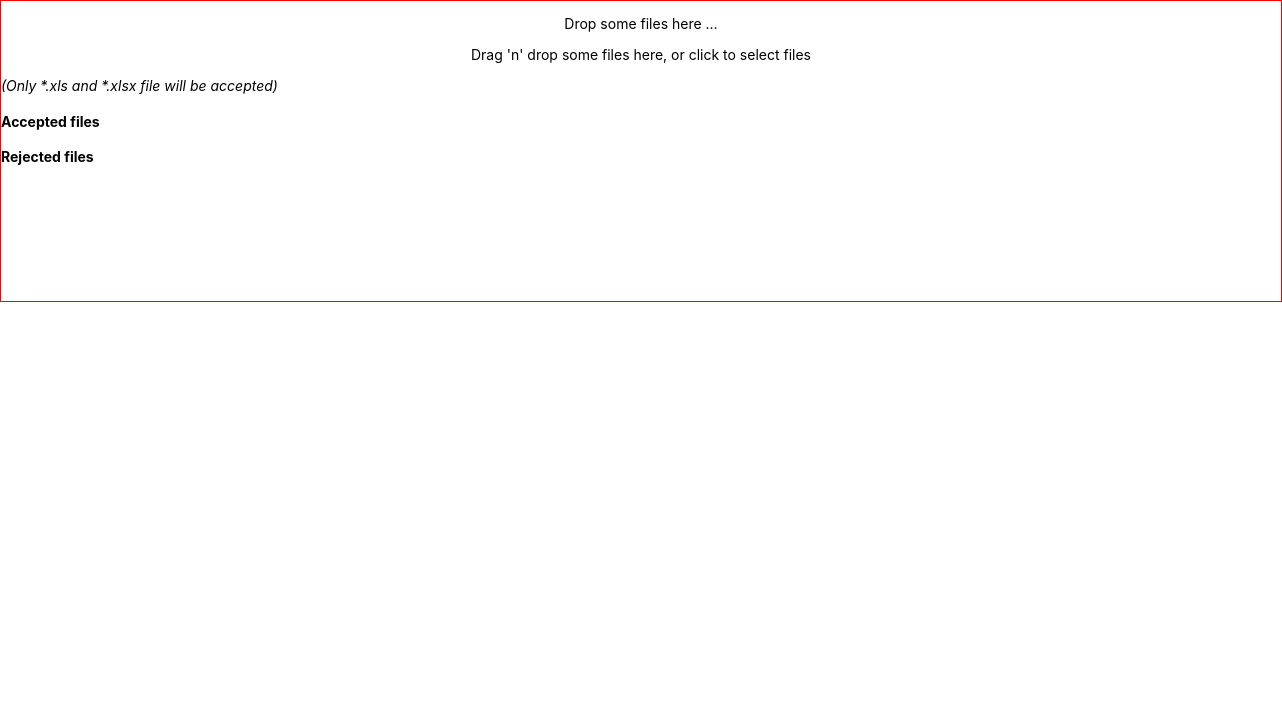
Repository: enigmawxy/abi2020
Page: /
An editor plug-in stored every save of this project. The page is shown before and after the next save, followed by the edit.
The browser window is 1280 px wide. The page is 1282 px wide, so the pictures cover 1282 px, including what lies to the right of the window. The pictures show the whole page.
The page's requests for data from a server got no answer. The project was rebuilt for these pictures with package versions that can differ from the ones it lists, and the page was loaded fresh each time. No one was signed in, and anything a server would have sent is missing. Also part of the build but not shown: src/components/login/login.scss, src/components/login/login.jsx, src/common/header.scss, src/common/header.jsx, src/common/footer.scss, src/common/footer.jsx, src/components/register/content.scss, src/components/register/content.jsx and 3 more.

Above is the page before, as saved 2020-08-19 10:34:23.

After the next save:
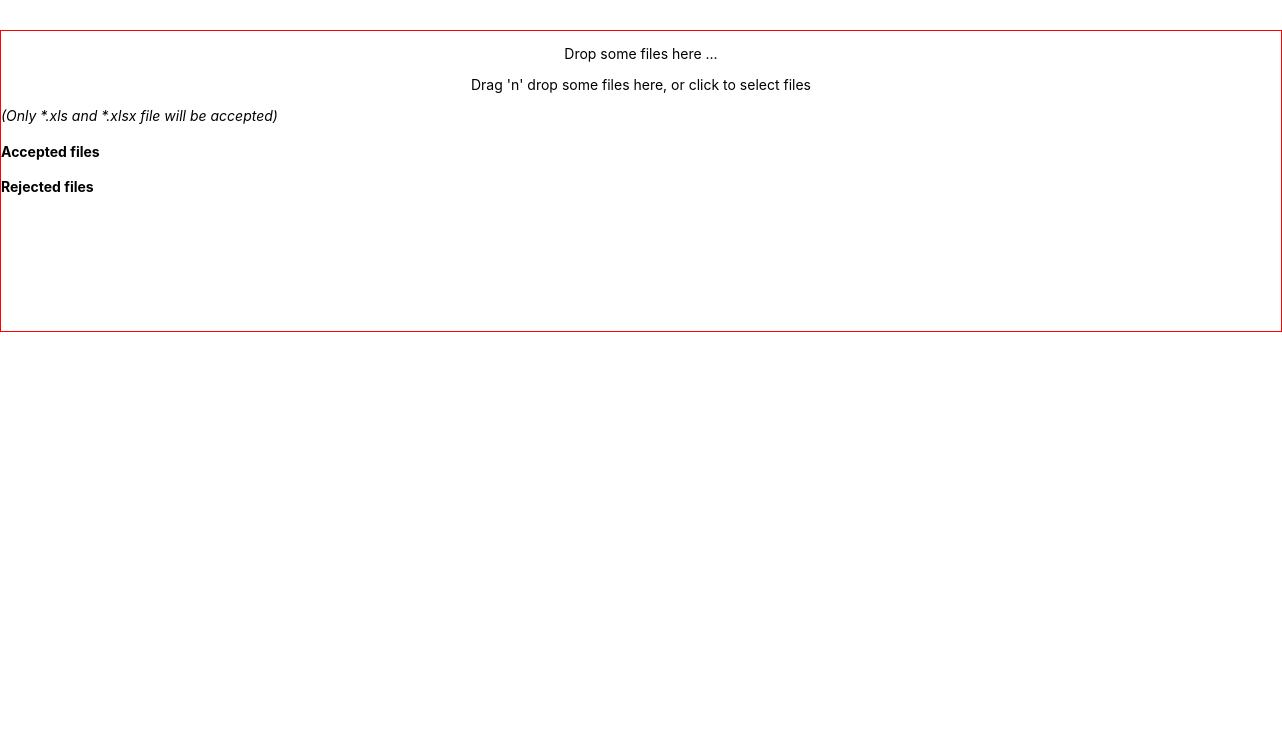
Saved 34 s later.
--- a/src/common/Accept.scss
+++ b/src/common/Accept.scss
@@ -1,6 +1,7 @@
 .container {
     width: 100%;
     height: 300px;
+    margin-top: 30px;
     border: 1px solid red;
     p {
         text-align: center;
